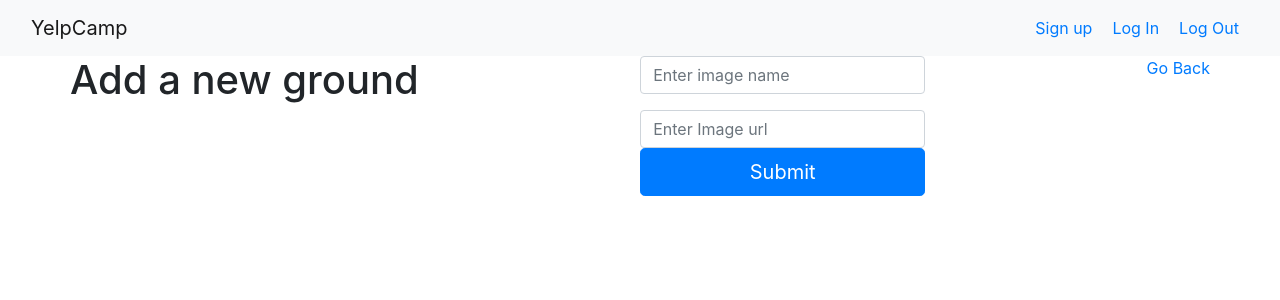
Repository: N-Verma/Webdev-Backend-
Page: http://localhost/campgrounds/new
The author's editor kept a record of every edit. The page is drawn from the files as they stood at one moment, then again after the next edit.
The browser window is 1280 px wide. The pictures show the whole page.
The page is served by the project's Node server (YelpCamp/v2/app.js).

Above is the page before.

After the next edit:
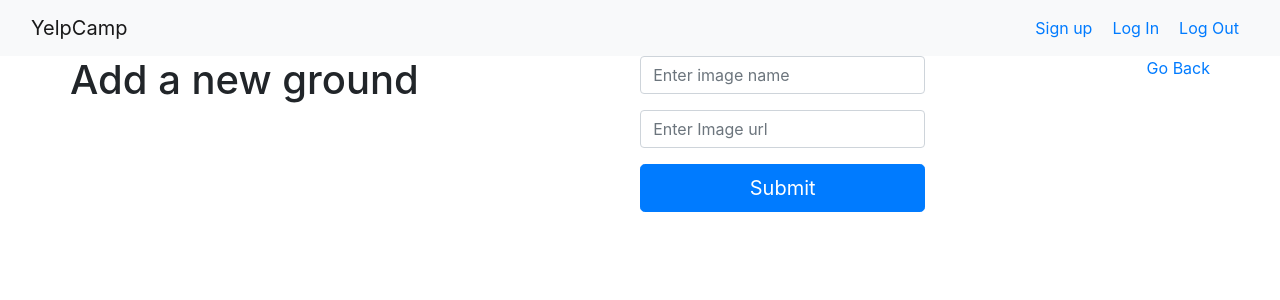
The edit:
--- a/Web dev (backend)/environment/YelpCamp/v2/views/new.ejs
+++ b/Web dev (backend)/environment/YelpCamp/v2/views/new.ejs
@@ -8,8 +8,10 @@
                     <input class="form-control"type="text" name="name" placeholder="Enter image name">
                 </div>
 
-                <div class="form-group"></div>
-                <input class="form-control"type="text" name="img" placeholder="Enter Image url">
+                <div class="form-group">
+                    <input class="form-control"type="text" name="img" placeholder="Enter Image url">
+                </div>
+
                 <button class="btn btn-lg btn-primary btn-block">Submit</button>
             </form>
         </div>
